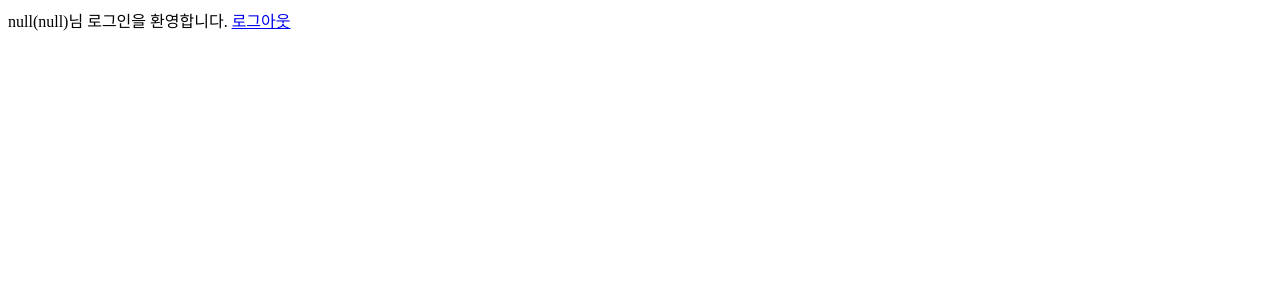
Repository: JongMin22/jsp.practice
Page: http://localhost/JSPBasic/JspObject/5.session/session_welcome.jsp
An editor plug-in stored every save of this project. The page is shown before and after the next save, followed by the edit.
The browser window is 1280 px wide. The pictures show the whole page.
The page is served by Tomcat 9.

Above is the page before, as saved 2022-02-08 02:27:19.

After the next save:
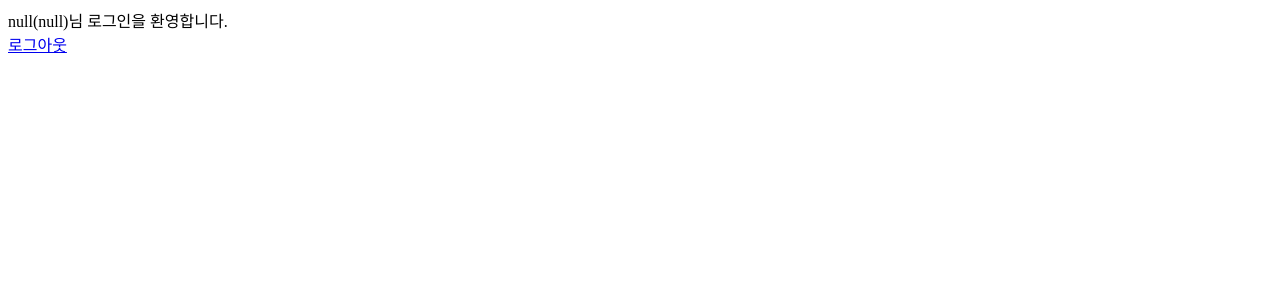
Saved 39 s later.
--- a/JSPBasic/src/main/webapp/JspObject/5.session/session_welcome.jsp
+++ b/JSPBasic/src/main/webapp/JspObject/5.session/session_welcome.jsp
@@ -11,7 +11,7 @@
 <meta charset="UTF-8">
 <title>Insert title here</title>
 </head>
-<body>
+<body><br/>
 <a href="session_logout.jsp">로그아웃</a>
 </body>
 </html>
